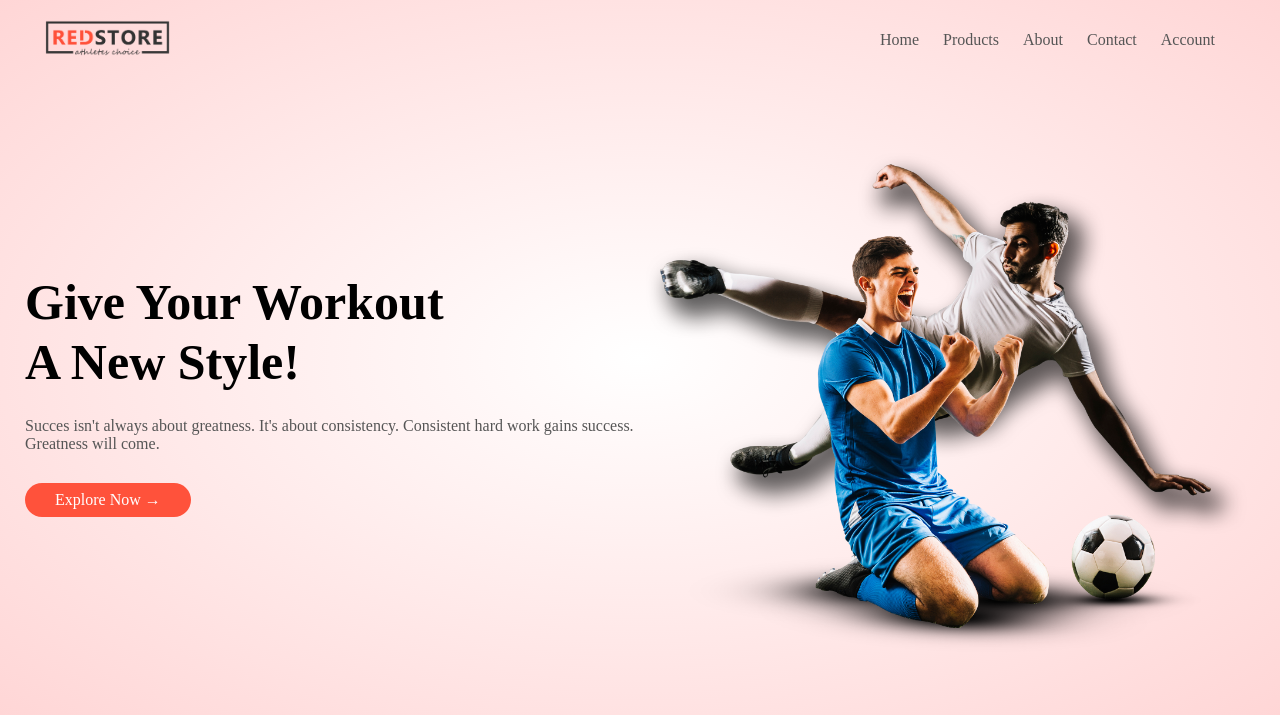
Repository: datvu1608/redsportstore
Page: index.html
These files come from the project's save history. The page is drawn as it stood at one moment and after the next save; the edit follows.
The browser window is 1280 px wide. The pictures show the whole page.

Above is the page before, as saved 2023-11-22 23:11:06.

After the next save:
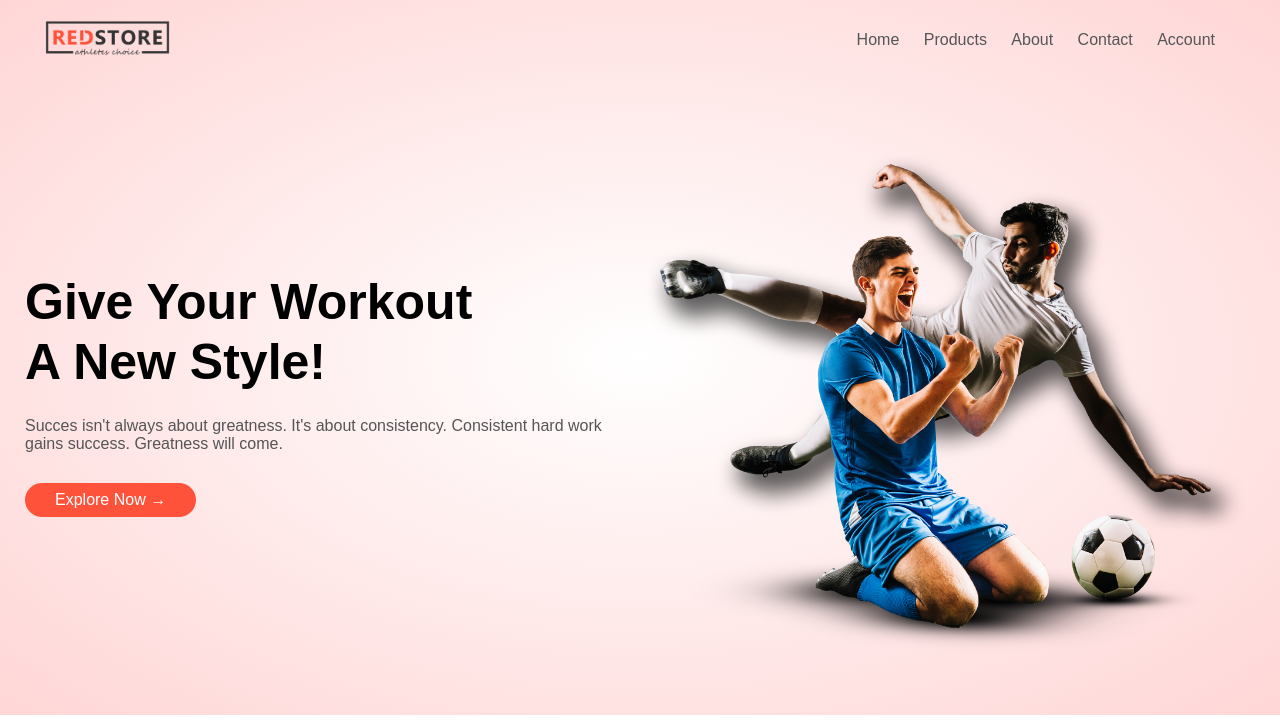
Saved 2 min 13 s later.
--- a/styles.css
+++ b/styles.css
@@ -2,6 +2,9 @@
   margin: 0;
   padding: 0;
   box-sizing: border-box;
+}
+body {
+  font-family: 'Poppins', sans-serif;
 }
 .navbar {
   display: flex;
